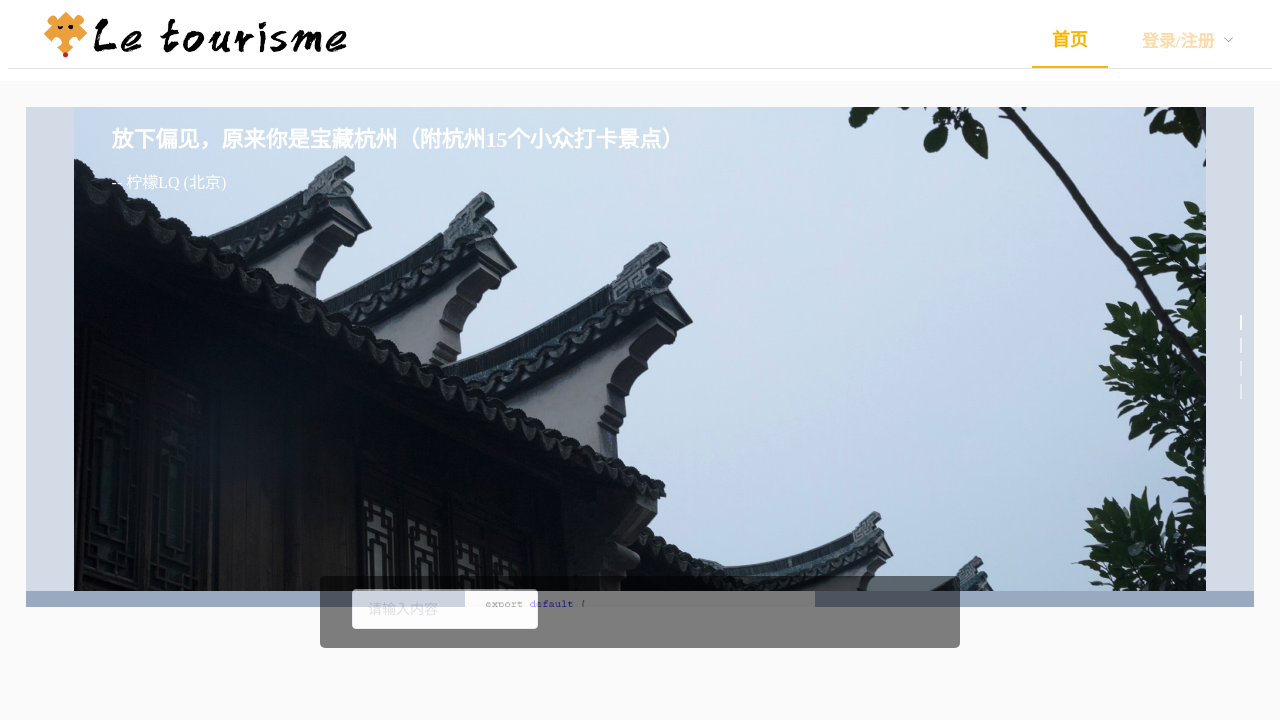
Repository: linxuerou0129/2020.08.31
Page: /
These files come from the project's save history. The page is drawn as it stood at one moment and after the next save; the edit follows.
The browser window is 1280 px wide. The pictures show the whole page.
The page's requests for data from a server got no answer. The project was rebuilt for these pictures with package versions that can differ from the ones it lists, and the page was loaded fresh each time. No one was signed in, and anything a server would have sent is missing.

Above is the page before, as saved 2020-09-01 01:10:38.

After the next save:
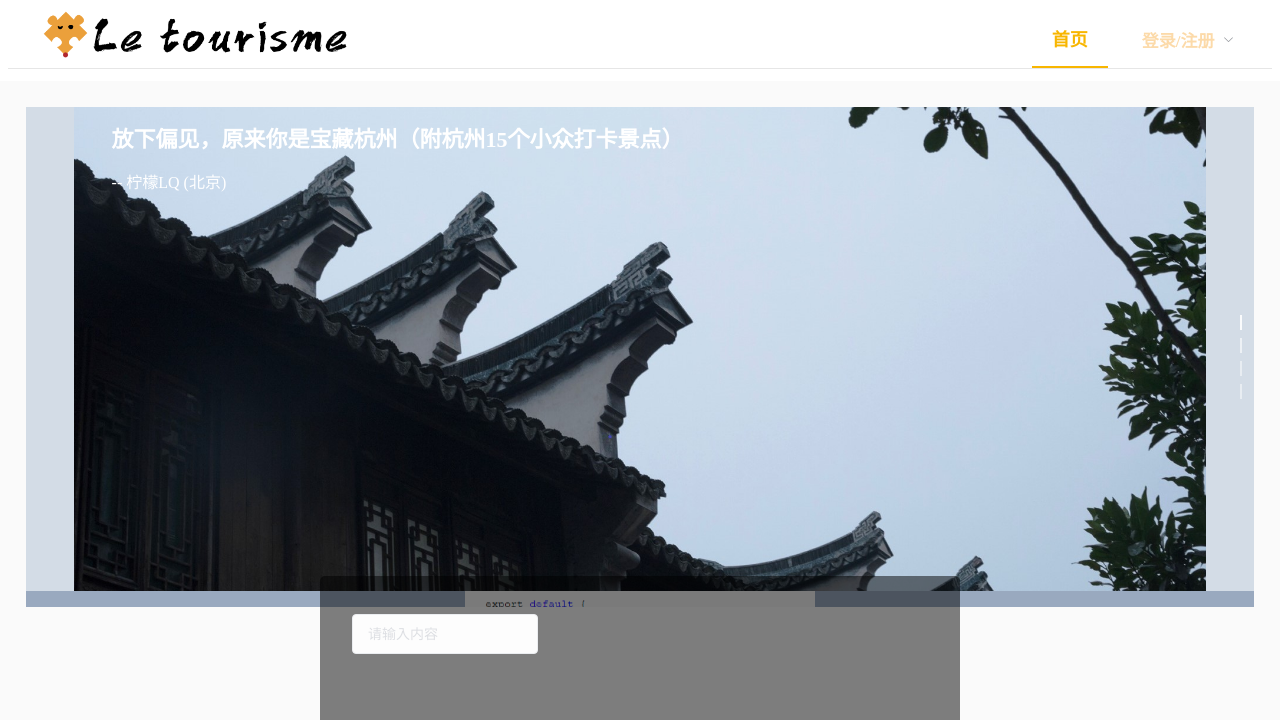
Saved 25 s later.
--- a/src/views/Home.vue
+++ b/src/views/Home.vue
@@ -48,7 +48,7 @@
 }
 .search{
   position:fixed;
-  height: 10%;
+  height: 29%;
   width: 50%;
   background-color: black;
   z-index: 9999;

After the save that followed:
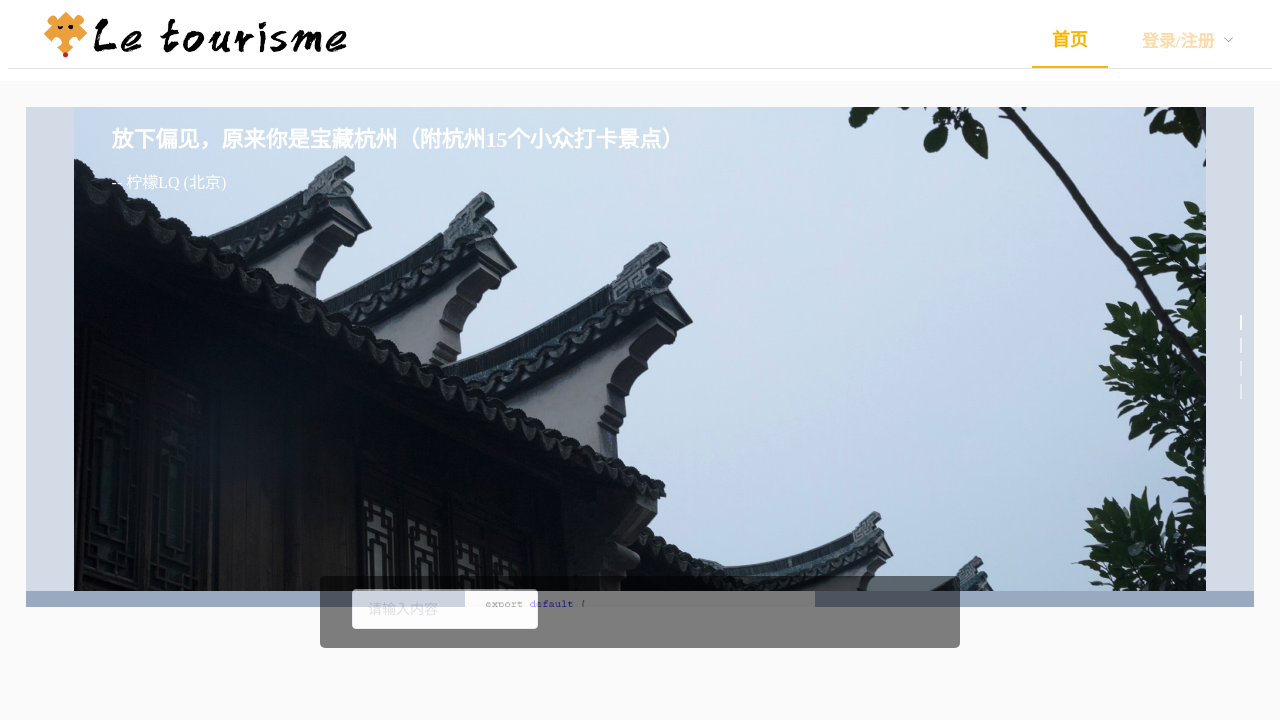
Saved 11 s later.
--- a/src/views/Home.vue
+++ b/src/views/Home.vue
@@ -48,7 +48,7 @@
 }
 .search{
   position:fixed;
-  height: 29%;
+  height: 10%;
   width: 50%;
   background-color: black;
   z-index: 9999;
